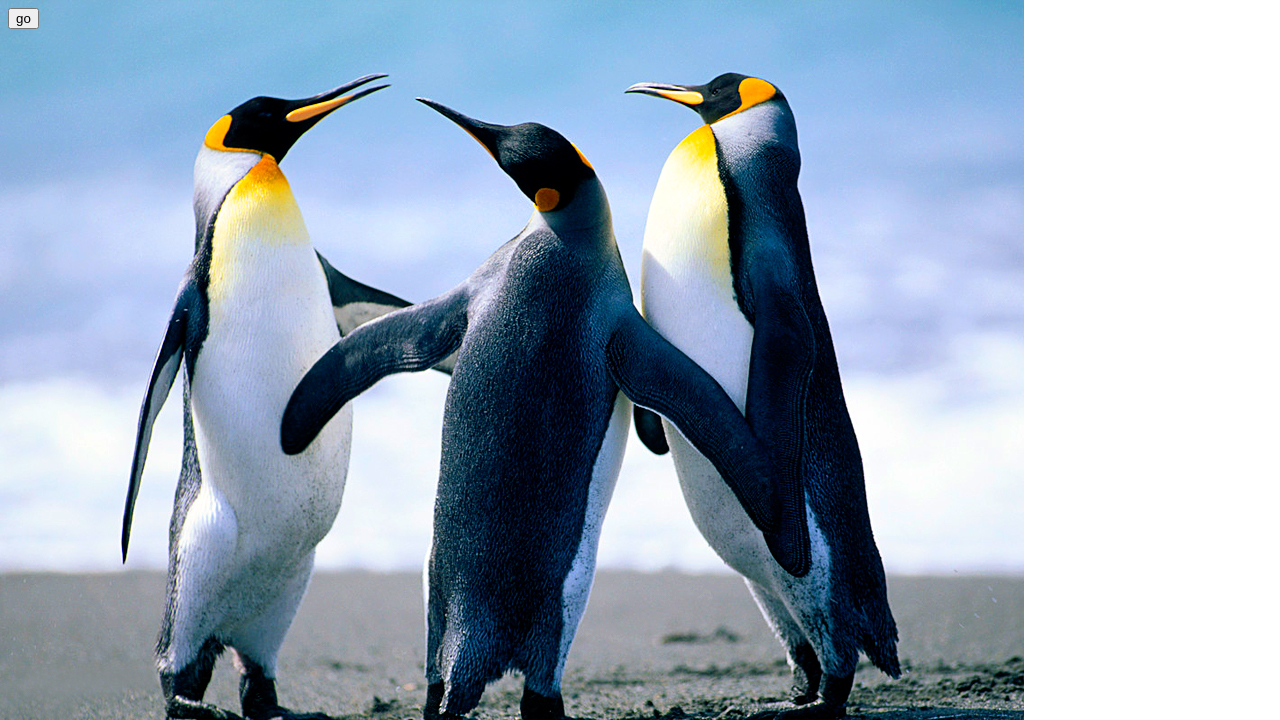
Repository: WonHwiAhn/JAVAClass
Page: 180131_GetServletContextEx/WebContent/a.html
These files come from the project's save history. The page is drawn as it stood at one moment and after the next save; the edit follows.
The browser window is 1280 px wide. The pictures show the whole page.

Above is the page before, as saved 2018-01-31 06:25:29.

### 180131_GetServletContextEx/WebContent/a.html
<!DOCTYPE html>
<html>
<head>
<style>
body {
	/* background:url("../images/Penguins.jpg") no-repeat 0 0; */
		background-image: url("images/Penguins.jpg");
    	background-repeat: no-repeat;
    }
</style>
<meta charset="EUC-KR">
<title>Insert title here</title>
</head>
<body><!-- .btn-resendAll -->
	<form action="ms3" method="post">
		<input type="submit" value="go">
	</form>
</body>
</html>

After the next save:
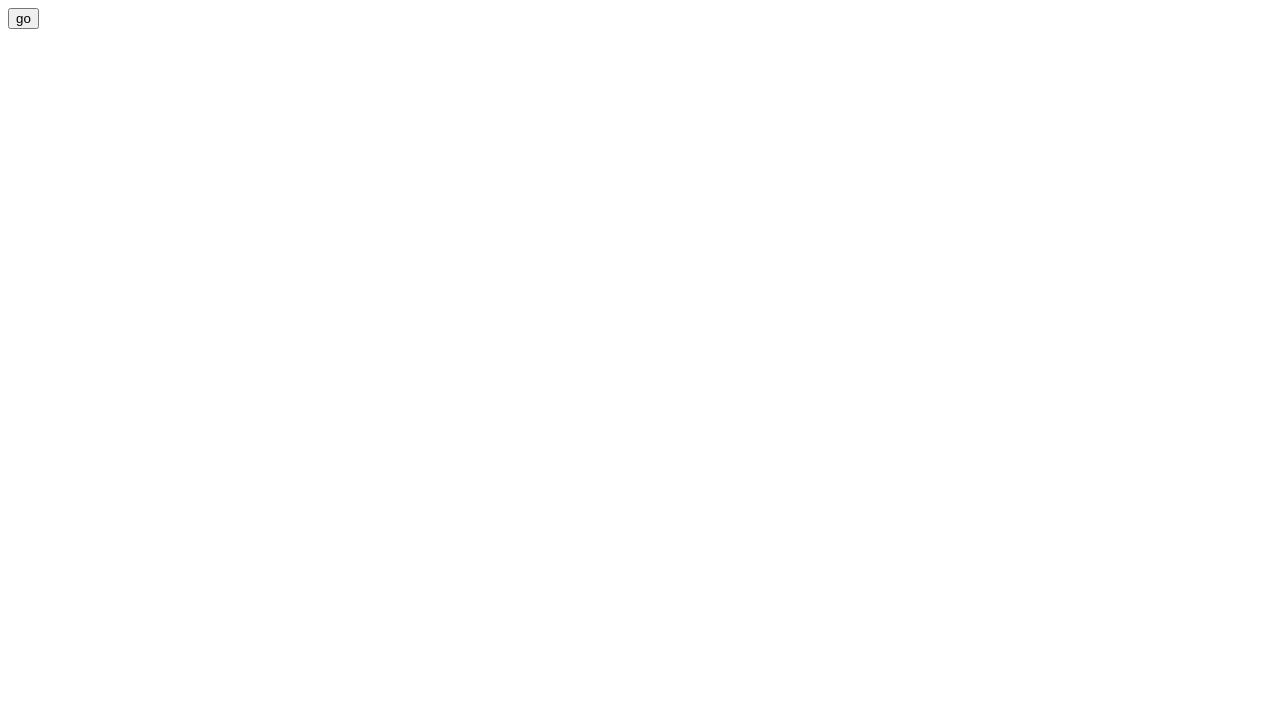
Saved 3 min 19 s later.
--- a/180131_GetServletContextEx/WebContent/a.html
+++ b/180131_GetServletContextEx/WebContent/a.html
@@ -4,8 +4,8 @@
 <style>
 body {
 	/* background:url("../images/Penguins.jpg") no-repeat 0 0; */
-		background-image: url("images/Penguins.jpg");
-    	background-repeat: no-repeat;
+		/* background-image: url("images/Penguins.jpg");
+    	background-repeat: no-repeat; */
     }
 </style>
 <meta charset="EUC-KR">

After the save that followed:
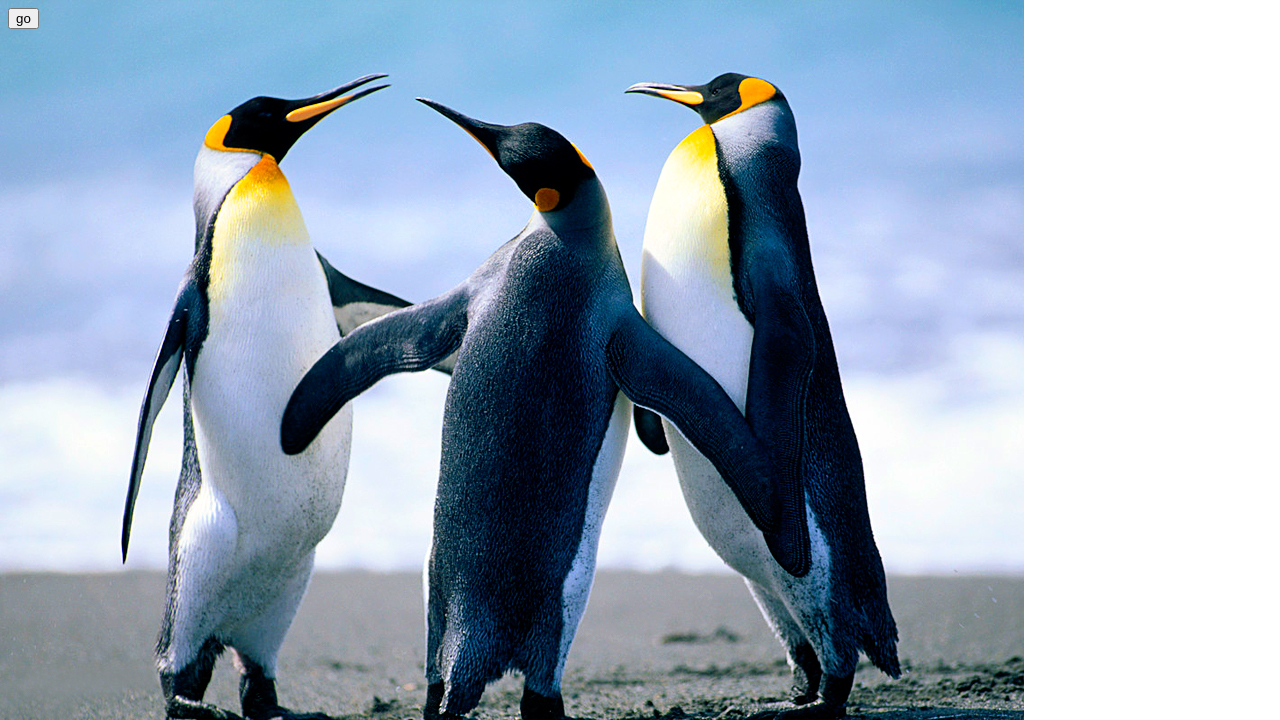
Saved 6 s later.
--- a/180131_GetServletContextEx/WebContent/a.html
+++ b/180131_GetServletContextEx/WebContent/a.html
@@ -3,7 +3,7 @@
 <head>
 <style>
 body {
-	/* background:url("../images/Penguins.jpg") no-repeat 0 0; */
+		background:url("../images/Penguins.jpg") no-repeat 0 0;
 		/* background-image: url("images/Penguins.jpg");
     	background-repeat: no-repeat; */
     }
